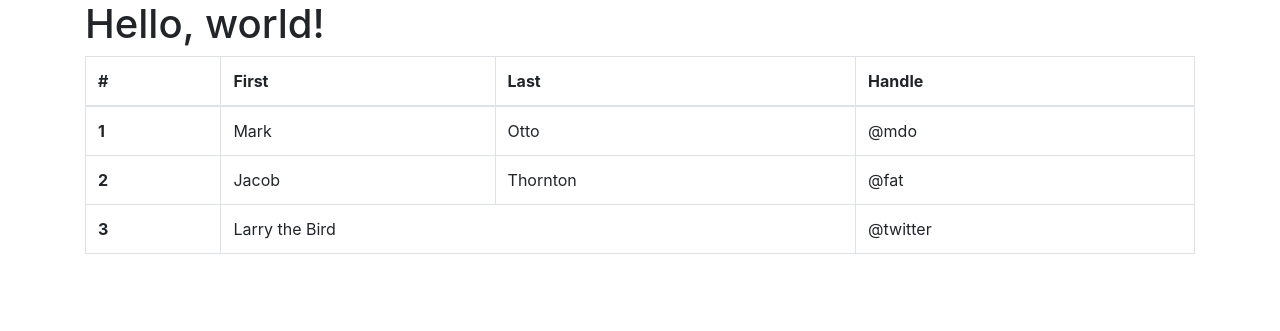
Repository: elrodriguez/uploadfile
Page: http://localhost/thesis
An editor plug-in stored every save of this project. The page is shown before and after the next save, followed by the edit.
The browser window is 1280 px wide. The pictures show the whole page.
The page is served by the project's Laravel application, run on PHP 8.4 with Laravel 8.

Above is the page before, as saved 2021-01-27 08:55:39.

After the next save:
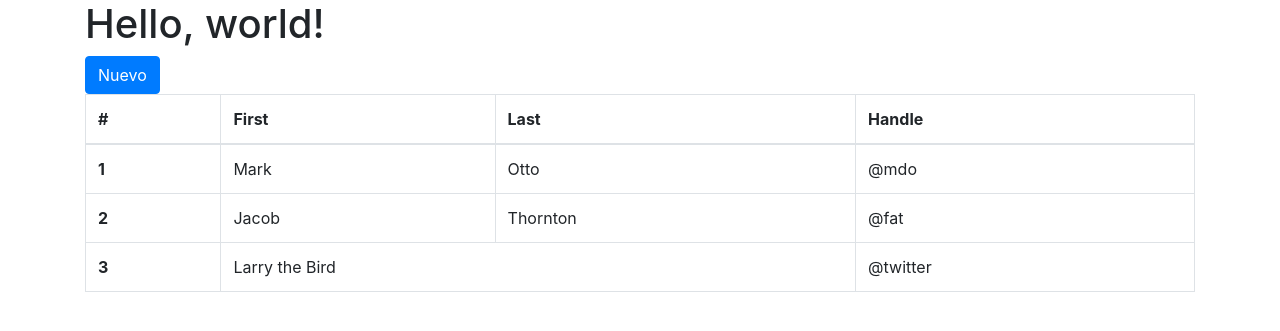
Saved 85 s later.
--- a/resources/views/thesis.blade.php
+++ b/resources/views/thesis.blade.php
@@ -13,7 +13,7 @@
   <body>
       <div class="container">
     <h1>Hello, world!</h1>
-
+    <button class="btn btn-primary">Nuevo</button>
     <table class="table table-bordered">
         <thead>
           <tr>
